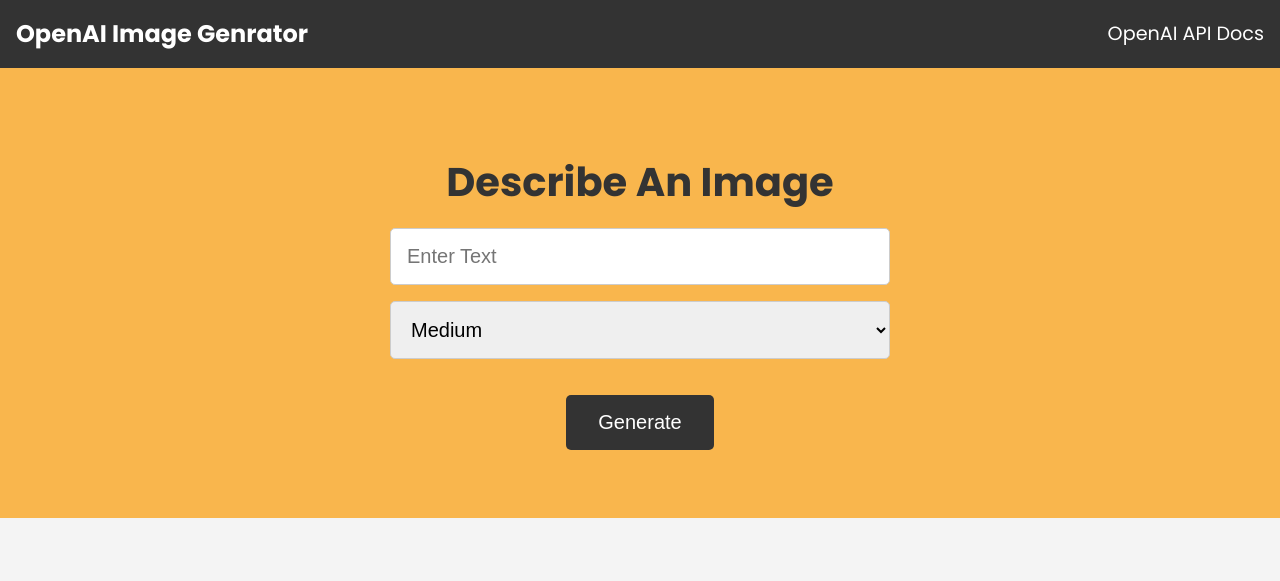
Repository: lvcg/aiimagegenerator
Page: public/index.html
These files come from the project's save history. The page is drawn as it stood at one moment and after a run of saves; the edit follows.
The browser window is 1280 px wide. The pictures show the whole page.

Above is the page before, as saved 2022-12-17 11:03:19.

After the next 3 saves:
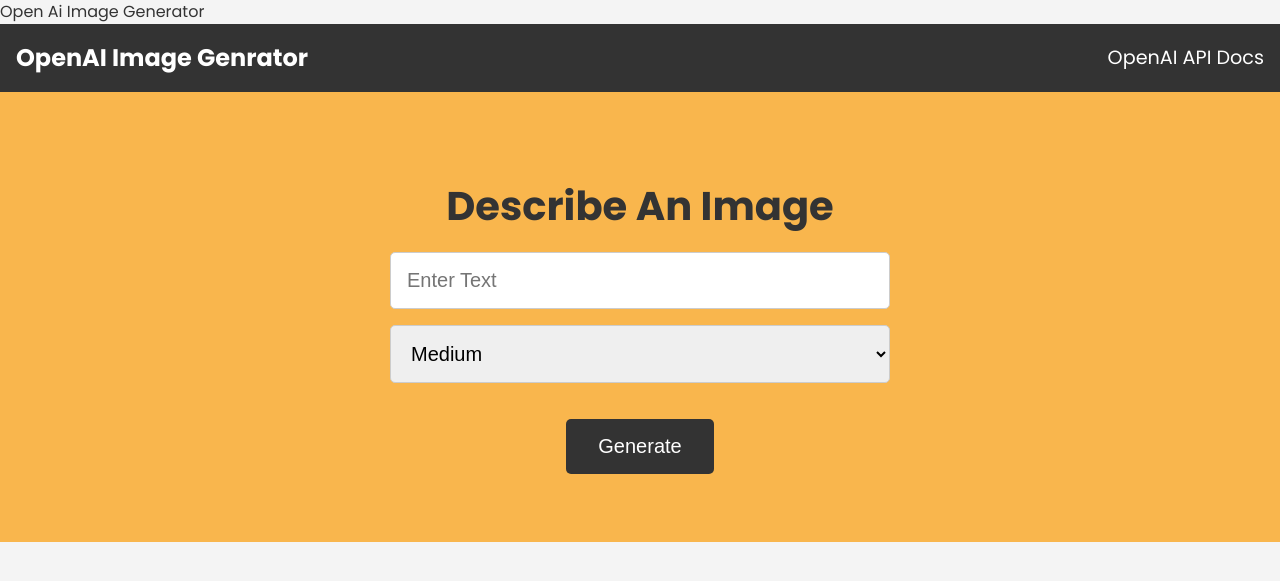
The 3 saves are shown as one change because they came seconds apart.
The last was saved 7 s later.
--- a/public/index.html
+++ b/public/index.html
@@ -4,7 +4,7 @@
     <meta http-equiv="X-UA-Compatible" content="IE=edge">
     <meta name="viewport" content="width=device-width, initial-scale=1.0">
     <link rel="stylesheet" href="css/style.css" />
-
+    <link rel=""
     <title>Open Ai Image Generator</title>
 </head>
 <body>
